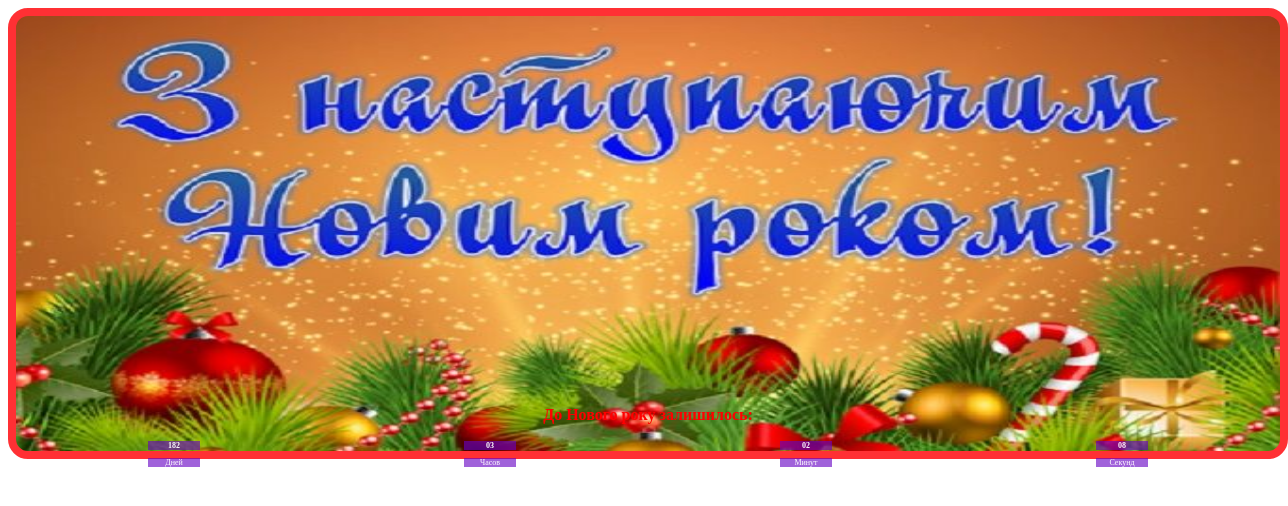
Repository: KonstantinKhamilov/JavaScript11-new-year
Page: index.html
The author's editor kept a copy of each file at every save. The page is drawn from the files as they stood at one save, then again after the next save.
The browser window is 1280 px wide. The page is 1288 px wide, then 1280 px, so the pictures cover 1288 px, including what lies to the right of the window. The pictures show the whole page.

Above is the page before, as saved 2024-12-29 18:17:59.

After the next save:
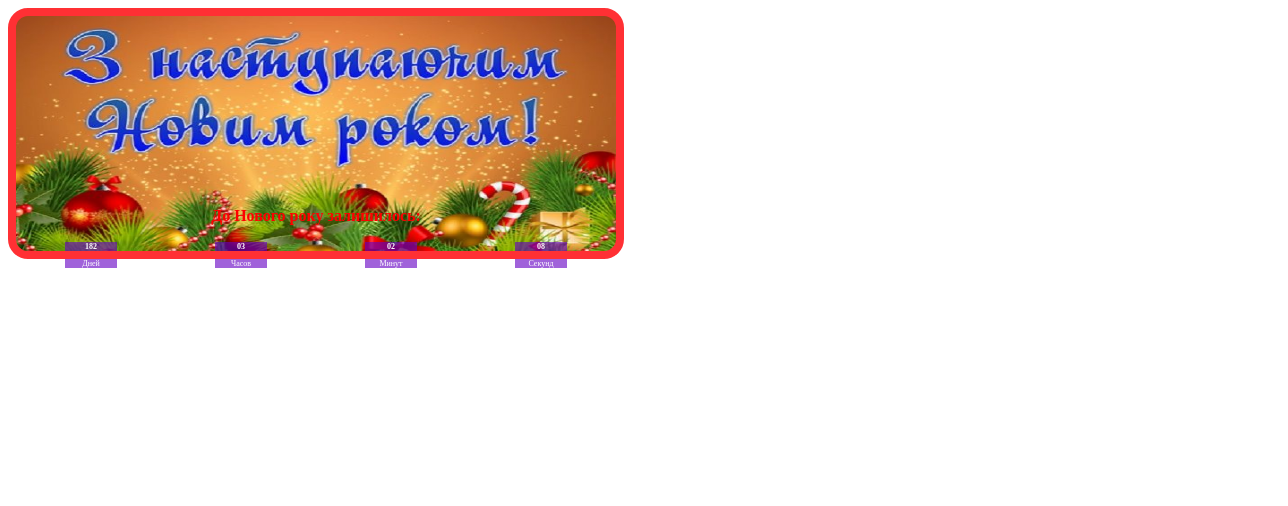
Saved 44 s later.
--- a/newYear.css
+++ b/newYear.css
@@ -5,7 +5,7 @@
     justify-content: center;
     /*align-items: center;*/
     height: 100%;
-    width: 100%;
+    width: 600px;
     background-image: url("z_nastupauschim_ng_4.jpg");
     background-repeat: no-repeat;
     background-size: 100% 100%;
